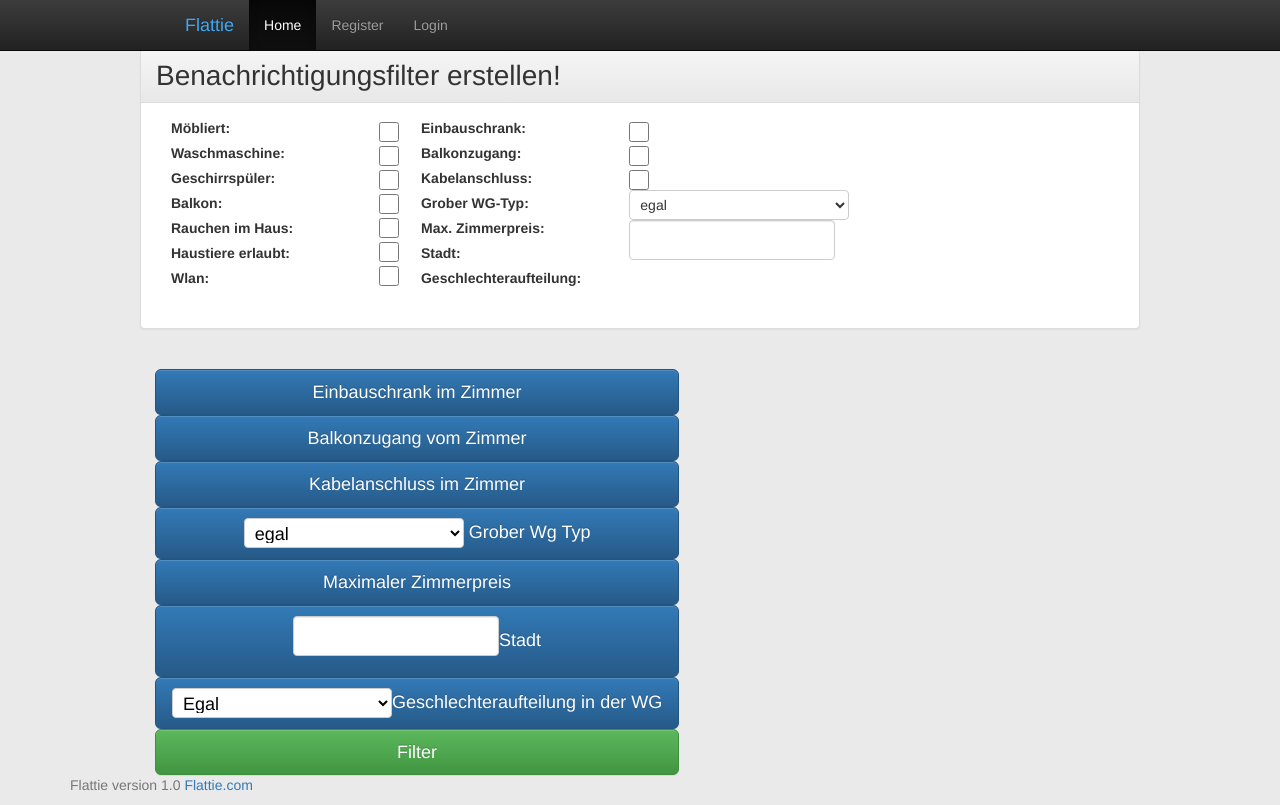
Repository: ese-unibe-ch/ese2014-team2
Page: http://localhost/Skeleton/pages/createCustomFilter.jsp
The author's editor kept a copy of each file at every save. The page is drawn from the files as they stood at one save, then again after a run of saves.
The browser window is 1280 px wide. The pictures show the whole page.
Some web libraries are served in a nearby version. The page is served by Tomcat 9. Nobody is signed in. The application's start-up code is not run. The template is opened directly, without the code that normally fills it, so the values that code supplies are empty.

Above is the page before, as saved 2014-11-26 12:38:32.
Console error (its wording comes from the project's code and is left out).

After the next 2 saves:
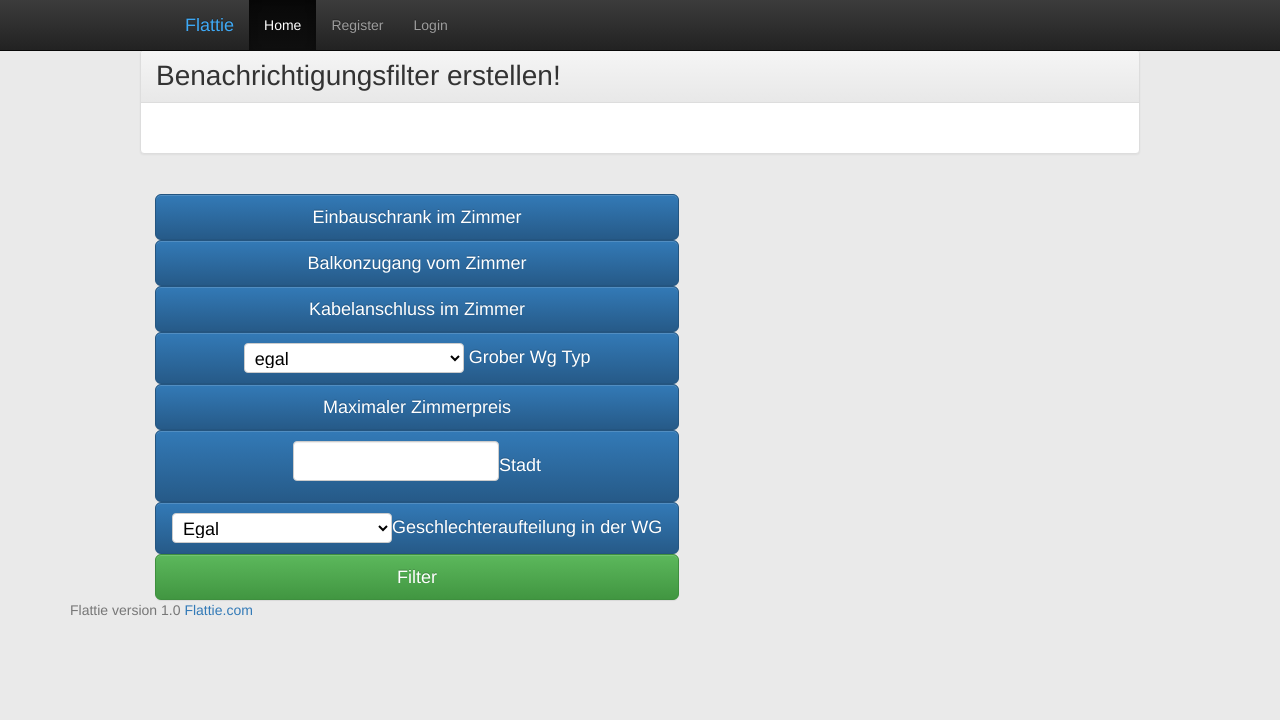
The 2 saves are shown as one change because they came seconds apart.
The last was saved 62 s later.
--- a/Skeleton/src/main/webapp/pages/createCustomFilter.jsp
+++ b/Skeleton/src/main/webapp/pages/createCustomFilter.jsp
@@ -22,6 +22,7 @@
 		enctype="multipart/form-data">
 		<fieldset>
 
+	<style line-height="120%">
 		<div class="col-md-5">
 			<label>Möbliert:</label><br>
 			<label>Waschmaschine:</label><br>
@@ -64,7 +65,7 @@
 			<form:input path="roomPrice" id="field-roomPrice" maxlength="6" />
 		</div>
 
-
+   </style>
 
 
 				    </div><!-- /input-group -->
